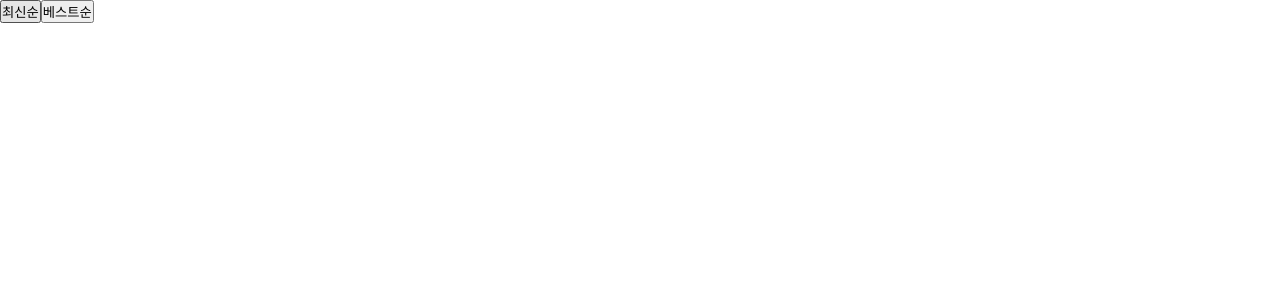
Repository: songjiwon17/React_study_movie
Page: /
An editor plug-in stored every save of this project. The page is shown before and after the next save, followed by the edit.
The browser window is 1280 px wide. The pictures show the whole page.
The page's requests for data from a server got no answer. The project was rebuilt for these pictures with package versions that can differ from the ones it lists, and the page was loaded fresh each time. No one was signed in, and anything a server would have sent is missing.

Above is the page before, as saved 2023-09-25 19:42:35.

### public/index.html
<!DOCTYPE html>
<html lang="ko">
    <head>
        <meta charset="UTF-8">
        <title>movie_pedia</title>
    </head>
    <body>
        <div id="root"></div>
    </body>
</html>

### src/index.js
import React from 'react';
import ReactDOM from 'react-dom/client';
import App from '../src/components/App';

const root = ReactDOM.createRoot(document.getElementById('root'));
root.render(
  <React.StrictMode>
    <App />
  </React.StrictMode>
);

### src/components/App.js
import { getReviews } from "../api";
import ReviewList from "./ReviewList";
import { useEffect, useState } from "react";

const LIMIT = 6;

function App(){
    const [items, setItems] = useState([]); //
    const [order, setOrder] = useState('createdAt');
    const [offset, setOffset] = useState(0);

    const sortedItems = items.sort((a,b)=>b[order] - a[order]);
    const handleNewestClick = () => setOrder('createdAt');
    const handleBestClick = () => setOrder('rating');

    const handleDelete = (id)=>{ //id를 파라미터로 받아옴 //해당아이디를 가진 요소를 filter를 통해서 걸러낸다.
        const nextItems = items.filter((item)=>item.id !== id); //!== -> 같지 않으면 true 반환
        setItems(nextItems);
    }

    const handleLoad = async (options) => {
        const { reviews } = await getReviews(options);
        if(options.offset === 0){
            setItems(reviews);
        }else{
            setItems([...items, ...reviews]);
        }
        setOffset(options.offset + reviews.length);
    };

    const handleLoadMore = ()=>{
        handleLoad({ order, offset, limit:LIMIT})
    }

    useEffect(()=>{
        handleLoad({order, offset:0, limit: LIMIT});
    },[order])

    return (
        <div>
            <div>
                <button onClick={handleNewestClick}>최신순</button>
                <button onClick={handleBestClick}>베스트순</button>
            </div>
            <ReviewList items={sortedItems} onDelete={handleDelete}/>
        </div>
    )
}
export default App;

### src/api.js
export async function getReviews({order = 'createAt', offset = 0, limit = 6}){
    const query = `order=${order}&offset=${offset}&limit=${limit}`
    const response = await fetch(`https://learn.codeit.kr/0633/film-reviews?${query}`)
    const body = await response.json();
    return body;
}

### src/components/ReviewList.js
import './ReviewList.css';

function formatDate(value){
    const date = new Date(value);
    return `${date.getFullYear()}. ${date.getMonth() + 1}. ${date.getDate()}`
}

function ReviewListItem({item, onDelete}){ //
    const handleDeleteClick = ()=>onDelete(item.id);

    return(
        <div className="ReviewListItem">
            <img className="ReviewListItem-img" src={item.imgUrl} alt={item.title}/>
            <div>
                <h1>{item.title}</h1>
                <p>{item.rating}</p>
                <p>{formatDate(item.createdAt)}</p>
                <p>{item.content}</p>
                <button onClick={handleDeleteClick}>삭제</button>
            </div>
        </div>
    )
}

function ReviewList({items, onDelete}){
    return (
        <ul>
        {items.map((item)=>{
        return (
            <li key={item.id}>
                <ReviewListItem item={item} onDelete={onDelete}/>
            </li>
        );
        })}
        </ul>
    );
}
export default ReviewList;

### src/components/ReviewList.css
@charset "utf-8";

*{padding: 0; margin: 0;}
a{text-decoration: none;}
ul{list-style: none;}
img{border: none;}

/* ReviewList */
.ReviewListItem{
    display: flex;
    padding: 10px; align-items: center;
}
.ReviewListItem-img{
    width: 200px; height: 300px; object-fit: cover;
    margin-right: 20px;
}

After the next save:
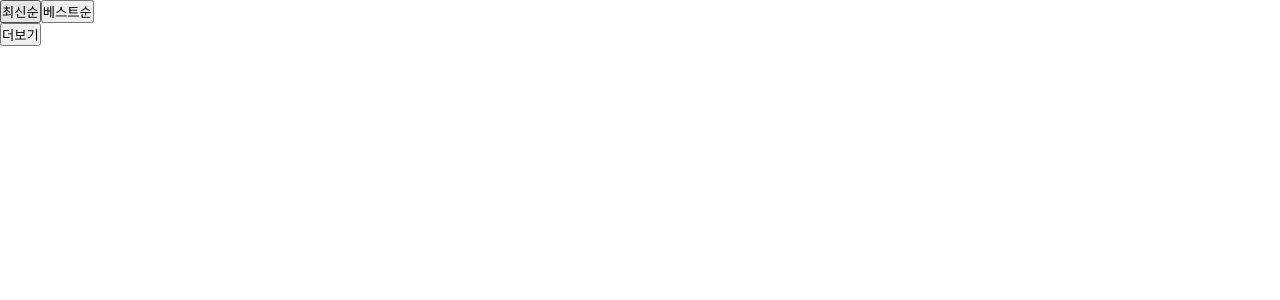
Saved 47 s later.
--- a/src/components/App.js
+++ b/src/components/App.js
@@ -43,6 +43,7 @@ function App(){
                 <button onClick={handleBestClick}>베스트순</button>
             </div>
             <ReviewList items={sortedItems} onDelete={handleDelete}/>
+            <button onClick={handleLoadMore}>더보기</button>
         </div>
     )
 }
